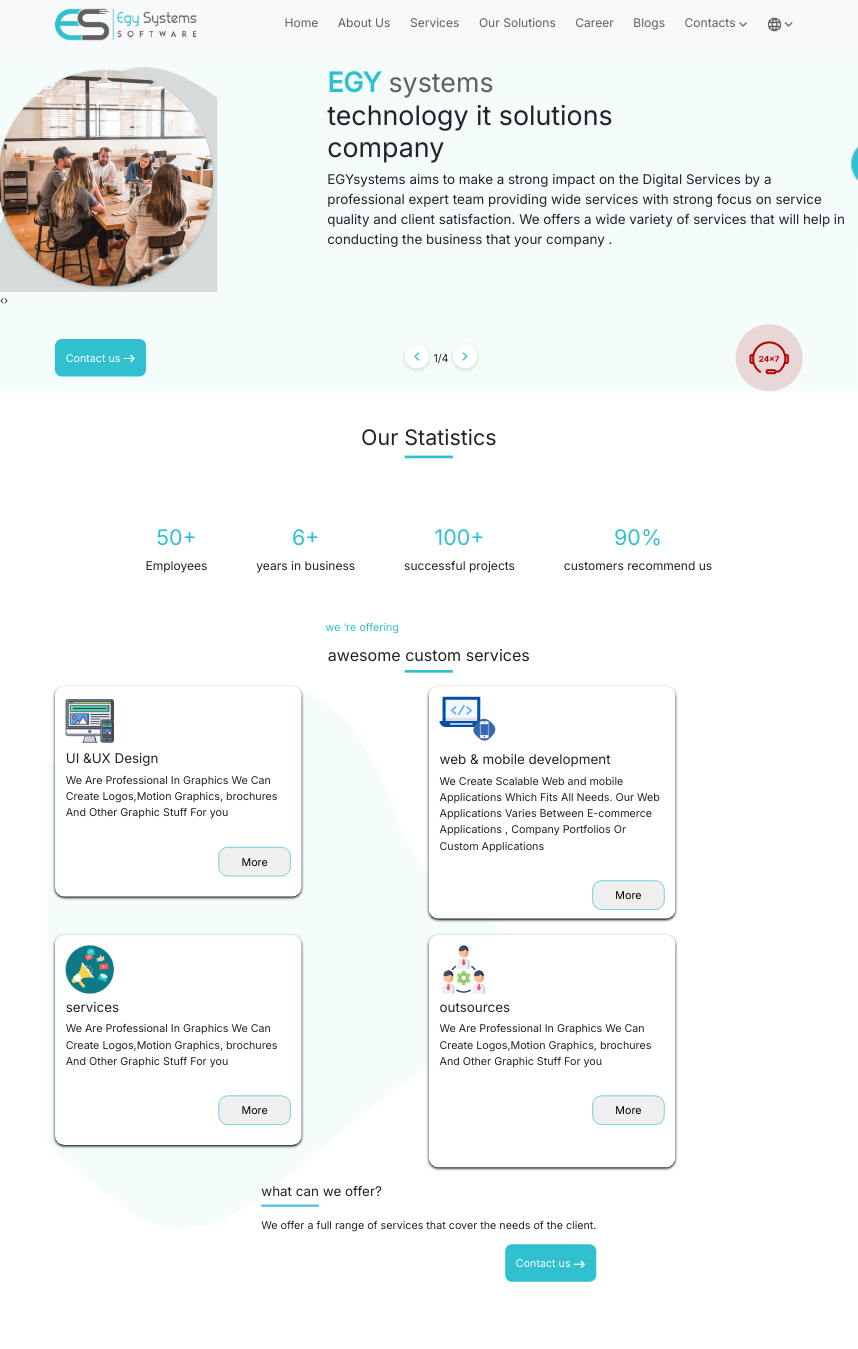
Repository: hamdyAbdelazeim/Egysystem-Home
Page: index.html
These files come from the project's save history. The page is drawn as it stood at one moment and after a run of saves; the edit follows.
The browser window is 1280 px wide. The pictures show the whole page, at 67% of full size.

Above is the page before, as saved 2023-07-13 17:13:44.

After the next 7 saves:
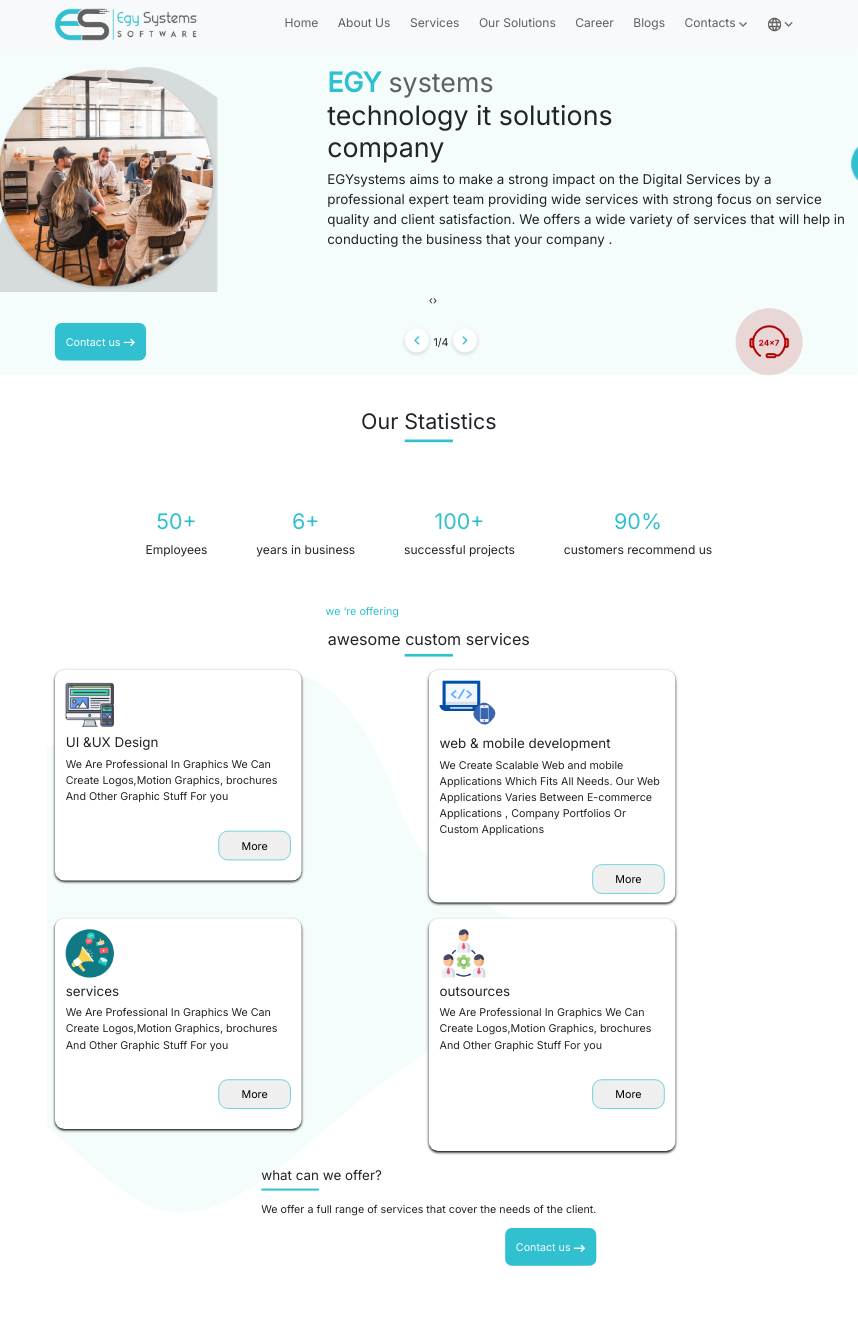
The 7 saves are shown as one change because they came seconds apart.
The last was saved 31 s later.
--- a/css/style.css
+++ b/css/style.css
@@ -193,3 +193,7 @@ body {
   width: 86px;
   border-bottom: 3px solid var(--primary);
 }
+.owl-nav {
+  position: absolute;
+  left: 50%;
+}
